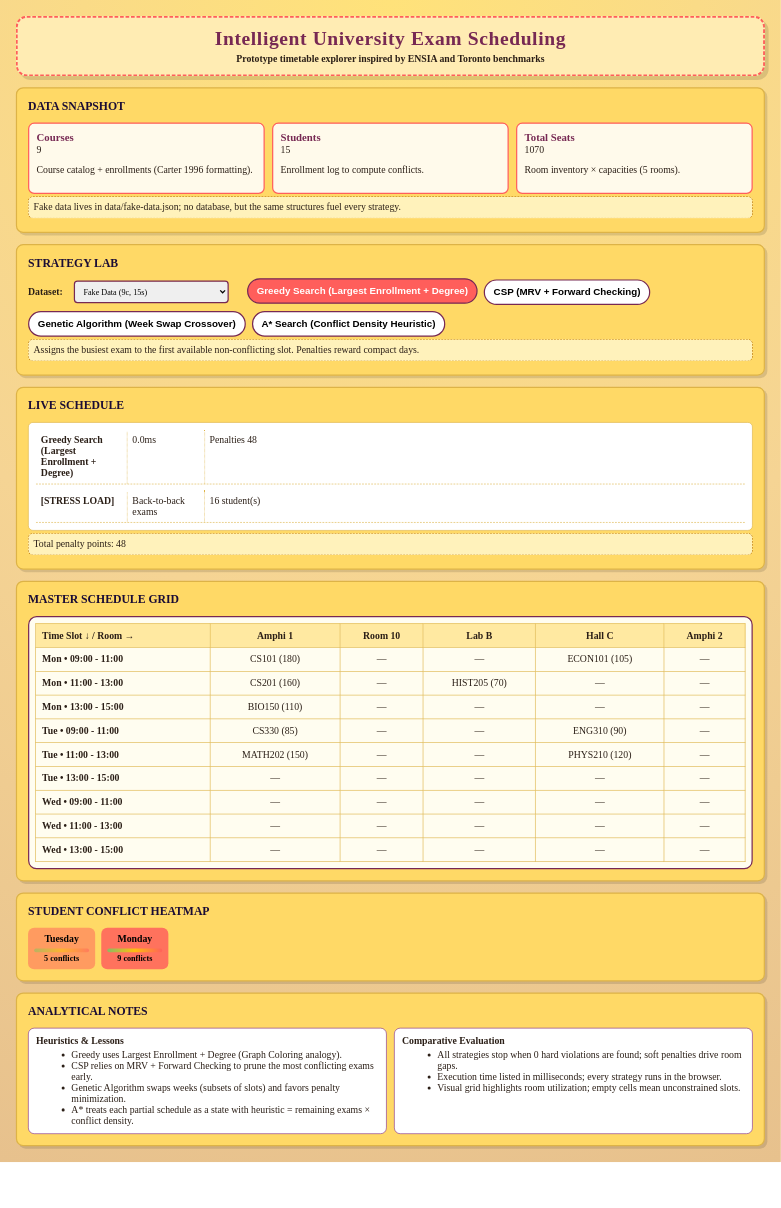
Repository: tarikko/AIExamScheduler
Page: index.html
The author's editor kept a copy of each file at every save. The page is drawn from the files as they stood at one save, then again after the next save.
The browser window is 1280 px wide. The pictures show the whole page, at 61% of full size.

Above is the page before, as saved 2026-02-23 22:44:03.

### index.html
<!DOCTYPE html>
<html lang="en">
<head>
  <meta charset="UTF-8" />
  <meta name="viewport" content="width=device-width, initial-scale=1" />
  <title>Intelligent University Exam Scheduling System</title>
  <link rel="stylesheet" href="css/styles.css" />
</head>
<body>
  <div class="page">
    <header>
      <h1>Intelligent University Exam Scheduling</h1>
      <p>Prototype timetable explorer inspired by ENSIA and Toronto benchmarks</p>
    </header>

    <section>
      <h2>Data Snapshot</h2>
      <div class="data-grid" id="data-overview"></div>
      <div class="legend">Fake data lives in data/fake-data.json; no database, but the same structures fuel every strategy.</div>
    </section>

    <section>
      <h2>Strategy Lab</h2>
      <div class="controls" id="strategy-controls"></div>
      <div id="algo-note" class="legend"></div>
    </section>

    <section id="schedule-wrapper">
      <h2>Live Schedule</h2>
      <div id="schedule-results"></div>
      <div class="legend" id="score-note"></div>
    </section>

    <section>
      <h2>Master Schedule Grid</h2>
      <div class="table-wrapper">
        <table id="master-grid"></table>
      </div>
    </section>

    <section>
      <h2>Student Conflict Heatmap</h2>
      <div id="heatmap" class="heatmap"></div>
    </section>

    <section>
      <h2>Analytical Notes</h2>
      <div class="notes">
        <div class="note-card">
          <strong>Heuristics & Lessons</strong>
          <ul>
            <li>Greedy uses Largest Enrollment + Degree (Graph Coloring analogy).</li>
            <li>CSP relies on MRV + Forward Checking to prune the most conflicting exams early.</li>
            <li>Genetic Algorithm swaps weeks (subsets of slots) and favors penalty minimization.</li>
            <li>A* treats each partial schedule as a state with heuristic = remaining exams × conflict density.</li>
          </ul>
        </div>
        <div class="note-card">
          <strong>Comparative Evaluation</strong>
          <ul>
            <li>All strategies stop when 0 hard violations are found; soft penalties drive room gaps.</li>
            <li>Execution time listed in milliseconds; every strategy runs in the browser.</li>
            <li>Visual grid highlights room utilization; empty cells mean unconstrained slots.</li>
          </ul>
        </div>
      </div>
    </section>
  </div>

  <script type="module" src="js/app.js"></script>
</body>
</html>

### css/styles.css
:root {
  color-scheme: light;
  --bg: #f5f1d2;
  --panel: #ffecb3;
  --panel-strong: #ffd966;
  --accent: #ff5e5b;
  --deep: #772953;
  --grid-line: #ddb347;
  font-family: 'Comic Sans MS', 'Comic Sans', cursive;
}

* {
  box-sizing: border-box;
}

body {
  margin: 0;
  background: radial-gradient(circle at top, #ffe27a, #f5d494 50%, #e7c18d 100%);
  color: #2b1f17;
}

.page {
  min-height: 100vh;
  padding: 26px;
  display: flex;
  flex-direction: column;
  gap: 18px;
}

header {
  background: var(--panel);
  border: 3px dashed var(--accent);
  padding: 16px;
  border-radius: 18px;
  box-shadow: 6px 6px 0 rgba(0, 0, 0, 0.12);
  text-align: center;
}

header h1 {
  margin: 0;
  font-size: 2rem;
  letter-spacing: 1px;
  color: var(--deep);
}

header p {
  margin: 6px 0 0;
  font-weight: bold;
}

section {
  background: var(--panel-strong);
  padding: 18px;
  border-radius: 12px;
  border: 2px solid var(--grid-line);
  box-shadow: 4px 4px 0 rgba(0, 0, 0, 0.12);
}

h2,
h3 {
  margin-top: 0;
  color: #1a0c35;
  text-transform: uppercase;
  font-size: 1.2rem;
}

.data-grid {
  display: grid;
  grid-template-columns: repeat(auto-fit, minmax(210px, 1fr));
  gap: 12px;
}

.data-card {
  border: 2px solid var(--accent);
  padding: 12px;
  border-radius: 10px;
  background: #ffffffdd;
}

.data-card strong {
  display: block;
  font-size: 1.1rem;
  color: var(--deep);
}

.controls {
  display: flex;
  flex-wrap: wrap;
  gap: 10px;
  align-items: center;
}

.algo-btn {
  border: 2px solid var(--deep);
  background: #fff;
  font-size: 1rem;
  padding: 10px 14px;
  border-radius: 999px;
  cursor: pointer;
  transition: transform 0.15s ease, background 0.15s ease;
  font-weight: bold;
}

.algo-btn.active,
.algo-btn:hover {
  background: var(--accent);
  color: #fff;
  transform: translateY(-2px);
}

#schedule-results {
  display: flex;
  flex-direction: column;
  gap: 10px;
  width: 100%;
  background: #ffffff;
  padding: 12px;
  border-radius: 8px;
  border: 1px solid var(--grid-line);
}

.legend {
  margin: 4px 0;
  padding: 8px;
  background: #fff2bb;
  border-radius: 8px;
  border: 1px dashed #b36b00;
}

.grid-header,
.grid-row {
  display: grid;
  grid-template-columns: 150px repeat(auto-fill, minmax(120px, 1fr));
  border-bottom: 2px solid var(--grid-line);
}

.grid-row {
  border-bottom: 1px dashed var(--grid-line);
}

.grid-cell {
  padding: 8px;
  border-right: 1px dotted var(--grid-line);
}

.grid-cell:last-child {
  border-right: none;
}

.slot-label {
  font-weight: bold;
}

.heatmap {
  display: flex;
  gap: 10px;
  flex-wrap: wrap;
}

.heat-cell {
  width: 110px;
  padding: 10px;
  border-radius: 10px;
  text-align: center;
  font-weight: bold;
  color: #000;
}

.heat-bar {
  width: 100%;
  height: 6px;
  border-radius: 3px;
  margin-top: 6px;
  background: linear-gradient(90deg, #75c964, #ffcc00, #ff5e5b);
}

.notes {
  display: flex;
  gap: 12px;
  flex-wrap: wrap;
}

.note-card {
  flex: 1;
  min-width: 280px;
  background: #fff;
  padding: 12px;
  border-radius: 10px;
  border: 1px solid #802e91;
}

.table-wrapper {
  overflow-x: auto;
  border: 2px solid var(--deep);
  border-radius: 14px;
  padding: 10px;
  background: #fffdf0;
  box-shadow: inset 0 0 0 1px rgba(255, 255, 255, 0.6);
}

#master-grid {
  width: 100%;
  border-collapse: collapse;
  font-family: inherit;
}

#master-grid th,
#master-grid td {
  border: 1px solid var(--grid-line);
  padding: 10px;
  text-align: center;
}

#master-grid th {
  background: #ffe9a1;
  font-weight: bold;
}

#master-grid th:first-child,
#master-grid td:first-child {
  text-align: left;
  font-weight: bold;
}

ul {
  margin: 4px 0 0 18px;
}

@media (max-width: 720px) {
  .grid-header,
  .grid-row {
    grid-template-columns: 120px repeat(auto-fill, minmax(100px, 1fr));
  }

  body {
    padding: 12px;
  }
}

### js/app.js
import { timeSlots } from "./time-slots.js";
import { assessPenalties } from "./utils.js";
import {
	renderDataOverview,
	renderSchedule,
	buildMasterGrid,
	buildHeatmap,
} from "./ui.js";
import { greedySchedule } from "./algorithms/greedy.js";
import { cspSchedule } from "./algorithms/csp.js";
import { gaSchedule } from "./algorithms/ga.js";
import { aStarSchedule } from "./algorithms/astar.js";
import { benchmarks, loadBenchmark } from "./benchmarks.js";

const algorithms = {
	greedy: {
		label: "Greedy Search (Largest Enrollment + Degree)",
		fn: greedySchedule,
		note: "Assigns the busiest exam to the first available non-conflicting slot. Penalties reward compact days.",
	},
	csp: {
		label: "CSP (MRV + Forward Checking)",
		fn: cspSchedule,
		note: "Backtracking with Minimum Remaining Values and forward checking to prune conflicts early.",
	},
	ga: {
		label: "Genetic Algorithm (Week Swap Crossover)",
		fn: gaSchedule,
		note: "Evolves schedule strings with heavy fitness penalty for hard violations, light for soft.",
	},
	a_star: {
		label: "A* Search (Conflict Density Heuristic)",
		fn: aStarSchedule,
		note: "Explores partial states, prioritizing boards that leave fewer high-conflict exams unscheduled.",
	},
};

let dataset;
let bestCompare = {};

function updateComparison(key, meta) {
	if (!bestCompare[key] || bestCompare[key].penalty > meta.penalty) {
		bestCompare[key] = meta;
	}
}

async function init() {
	dataset = await fetch("data/fake-data.json").then((res) => res.json());
	renderDataOverview(dataset);

	const controlBar = document.getElementById("strategy-controls");

	// Add benchmark picker
	const benchmarkLabel = document.createElement("label");
	benchmarkLabel.textContent = " Dataset: ";
	benchmarkLabel.style.marginRight = "8px";
	benchmarkLabel.style.fontWeight = "bold";
	controlBar.appendChild(benchmarkLabel);

	const benchmarkSelect = document.createElement("select");
	benchmarkSelect.style.padding = "8px 10px";
	benchmarkSelect.style.borderRadius = "6px";
	benchmarkSelect.style.border = "2px solid var(--deep)";
	benchmarkSelect.style.cursor = "pointer";
	benchmarkSelect.style.marginRight = "20px";
	benchmarkSelect.style.fontFamily = "inherit";

	const defaultOption = document.createElement("option");
	defaultOption.value = "fake";
	defaultOption.textContent = "Fake Data (9c, 15s)";
	defaultOption.selected = true;
	benchmarkSelect.appendChild(defaultOption);

	benchmarks.forEach((b) => {
		const option = document.createElement("option");
		option.value = b.key;
		option.textContent = b.name;
		benchmarkSelect.appendChild(option);
	});

	benchmarkSelect.addEventListener("change", async (e) => {
		if (e.target.value === "fake") {
			dataset = await fetch("data/fake-data.json").then((res) => res.json());
		} else {
			const loaded = await loadBenchmark(e.target.value);
			if (loaded) dataset = loaded;
		}
		renderDataOverview(dataset);
		runStrategy("greedy");
	});

	controlBar.appendChild(benchmarkSelect);

	// Add algorithm buttons
	Object.entries(algorithms).forEach(([key, config], index) => {
		const button = document.createElement("button");
		button.className = "algo-btn";
		button.textContent = config.label;
		button.addEventListener("click", () => runStrategy(key));
		if (index === 0) button.classList.add("active");
		controlBar.appendChild(button);
	});

	runStrategy("greedy");
}

function runStrategy(key) {
	if (!dataset) return;
	Array.from(document.querySelectorAll(".algo-btn")).forEach((btn) =>
		btn.classList.remove("active")
	);
	const button = Array.from(document.querySelectorAll(".algo-btn")).find(
		(btn) => btn.textContent === algorithms[key].label
	);
	button?.classList.add("active");

	const start = performance.now();
	const result = algorithms[key].fn(dataset);
	const end = performance.now();
	const { penalty, softViolations } = assessPenalties(
		result,
		dataset.students
	);

	document.getElementById("algo-note").textContent = algorithms[key].note;

	renderSchedule(result, {
		label: algorithms[key].label,
		time: end - start,
		penalty,
		softViolations,
		students: dataset.students,
	});

	buildMasterGrid(result, dataset.rooms, timeSlots);
	buildHeatmap(result, dataset.students);
	updateComparison(key, {
		label: algorithms[key].label,
		penalty,
		time: end - start,
	});
}

init();

### js/time-slots.js
export const timeSlots = [
	{ id: "Mon-09-11", day: "Monday", label: "Mon • 09:00 - 11:00", index: 0 },
	{ id: "Mon-11-13", day: "Monday", label: "Mon • 11:00 - 13:00", index: 1 },
	{ id: "Mon-13-15", day: "Monday", label: "Mon • 13:00 - 15:00", index: 2 },
	{ id: "Tue-09-11", day: "Tuesday", label: "Tue • 09:00 - 11:00", index: 3 },
	{ id: "Tue-11-13", day: "Tuesday", label: "Tue • 11:00 - 13:00", index: 4 },
	{ id: "Tue-13-15", day: "Tuesday", label: "Tue • 13:00 - 15:00", index: 5 },
	{
		id: "Wed-09-11",
		day: "Wednesday",
		label: "Wed • 09:00 - 11:00",
		index: 6,
	},
	{
		id: "Wed-11-13",
		day: "Wednesday",
		label: "Wed • 11:00 - 13:00",
		index: 7,
	},
	{
		id: "Wed-13-15",
		day: "Wednesday",
		label: "Wed • 13:00 - 15:00",
		index: 8,
	},
];

### js/ui.js
export function renderDataOverview(data) {
	const container = document.getElementById("data-overview");
	container.innerHTML = "";

	const enrollTotal = data.courses.reduce(
		(sum, course) => sum + course.enrollment,
		0
	);
	const roomTotal = data.rooms.length;

	const cards = [
		{
			title: "Courses",
			value: data.courses.length,
			detail: "Course catalog + enrollments (Carter 1996 formatting).",
		},
		{
			title: "Students",
			value: data.students.length,
			detail: "Enrollment log to compute conflicts.",
		},
		{
			title: "Total Seats",
			value: enrollTotal,
			detail: `Room inventory × capacities (${roomTotal} rooms).`,
		},
	];

	cards.forEach((card) => {
		const el = document.createElement("div");
		el.className = "data-card";
		el.innerHTML = `<strong>${card.title}</strong><span>${card.value}</span><p>${card.detail}</p>`;
		container.appendChild(el);
	});
}

export function renderSchedule(assignments, meta) {
	const results = document.getElementById("schedule-results");
	results.innerHTML = "";

	const header = document.createElement("div");
	header.className = "grid-row";
	header.innerHTML = `<div class="grid-cell slot-label">${meta.label}</div>`;
	header.innerHTML += `<div class="grid-cell">${meta.time.toFixed(1)}ms</div>`;
	header.innerHTML += `<div class="grid-cell">Penalties ${meta.penalty}</div>`;
	results.appendChild(header);

	// Room conflicts
	const roomConflicts = {};
	assignments.forEach((a1) => {
		assignments.forEach((a2) => {
			if (a1 !== a2 && a1.room.name === a2.room.name && a1.slot.id === a2.slot.id) {
				const key = `${a1.slot.label} @ ${a1.room.name}`;
				if (!roomConflicts[key]) roomConflicts[key] = [];
				roomConflicts[key].push(a1.course.code);
			}
		});
	});

	Object.entries(roomConflicts).forEach(([key, codes]) => {
		const row = document.createElement("div");
		row.className = "grid-row";
		row.innerHTML = `
			<div class="grid-cell slot-label">[ROOM CONFLICT]</div>
			<div class="grid-cell">${key}</div>
			<div class="grid-cell">${[...new Set(codes)].join(", ")}</div>
		`;
		results.appendChild(row);
	});

	// Student conflicts
	const studentConflicts = {};
	assignments.forEach((a1) => {
		assignments.forEach((a2) => {
			if (a1 !== a2 && a1.slot.id === a2.slot.id) {
				const sharedStudents = [];
				if (meta.students) {
					meta.students.forEach((s) => {
						if (s.courses.includes(a1.course.code) && s.courses.includes(a2.course.code)) {
							sharedStudents.push(s.id);
						}
					});
					if (sharedStudents.length > 0) {
						const key = `${a1.slot.label}: ${a1.course.code} vs ${a2.course.code}`;
						if (!studentConflicts[key]) studentConflicts[key] = sharedStudents.length;
					}
				}
			}
		});
	});

	Object.entries(studentConflicts).forEach(([key, count]) => {
		const row = document.createElement("div");
		row.className = "grid-row";
		row.innerHTML = `
			<div class="grid-cell slot-label">[STUDENT CONFLICT]</div>
			<div class="grid-cell">${key}</div>
			<div class="grid-cell">${count} student(s)</div>
		`;
		results.appendChild(row);
	});

	// Soft violations
	if (meta.softViolations && meta.softViolations > 0) {
		const row = document.createElement("div");
		row.className = "grid-row";
		row.innerHTML = `
			<div class="grid-cell slot-label">[STRESS LOAD]</div>
			<div class="grid-cell">Back-to-back exams</div>
			<div class="grid-cell">${meta.softViolations} student(s)</div>
		`;
		results.appendChild(row);
	}

	if (Object.keys(roomConflicts).length === 0 && Object.keys(studentConflicts).length === 0 && (!meta.softViolations || meta.softViolations === 0)) {
		const row = document.createElement("div");
		row.className = "grid-row";
		row.innerHTML = `
			<div class="grid-cell slot-label">[OK]</div>
			<div class="grid-cell">No violations</div>
			<div class="grid-cell">Clean schedule</div>
		`;
		results.appendChild(row);
	}

	document.getElementById("score-note").textContent =
		"Total penalty points: " + meta.penalty;
}

export function buildMasterGrid(assignments, rooms, timeSlots) {
	const table = document.getElementById("master-grid");
	table.innerHTML = "";

	const thead = table.createTHead();
	const headRow = thead.insertRow();
	const anchor = document.createElement("th");
	anchor.textContent = "Time Slot ↓ / Room →";
	headRow.appendChild(anchor);
	rooms.forEach((room) => {
		const th = document.createElement("th");
		th.textContent = room.name;
		headRow.appendChild(th);
	});

	const tbody = table.createTBody();
	timeSlots.forEach((slot) => {
		const row = tbody.insertRow();
		const slotCell = row.insertCell();
		slotCell.textContent = slot.label;
		slotCell.className = "slot-label";

		rooms.forEach((room) => {
			const cell = row.insertCell();
			const match = assignments.find(
				(assignment) =>
					assignment.slot.id === slot.id &&
					assignment.room.name === room.name
			);
			cell.textContent = match
				? `${match.course.code} (${match.course.enrollment})`
				: "—";
		});
	});
}

export function buildHeatmap(assignments, students) {
	const container = document.getElementById("heatmap");
	container.innerHTML = "";
	const dayStress = {};

	students.forEach((student) => {
		const assignedSlots = assignments
			.filter((assignment) =>
				student.courses.includes(assignment.course.code)
			)
			.map((assignment) => assignment.slot)
			.sort((a, b) => a.index - b.index);
		assignedSlots.forEach((slot, index) => {
			const next = assignedSlots[index + 1];
			if (
				next &&
				next.day === slot.day &&
				next.index === slot.index + 1
			) {
				dayStress[slot.day] = (dayStress[slot.day] || 0) + 1;
			}
		});
	});

	Object.entries(dayStress).forEach(([day, count]) => {
		const cell = document.createElement("div");
		const intensity = Math.min(100, count * 12);
		cell.className = "heat-cell";
		cell.style.background = `rgba(255, 94, 91, ${Math.min(
			0.9,
			intensity / 120
		)})`;
		cell.innerHTML = `${day}<div class="heat-bar" style="opacity:${Math.min(
			1,
			intensity / 120
		)}"></div><small>${count} conflicts</small>`;
		container.appendChild(cell);
	});

	if (!Object.keys(dayStress).length) {
		container.innerHTML = "<p>No consecutive exam conflicts detected.</p>";
	}
}

### js/algorithms/greedy.js
import { timeSlots } from "../time-slots.js";
import { buildConflicts, isSlotAvailable } from "../utils.js";

export function greedySchedule(data) {
	const conflicts = buildConflicts(data);
	const sortedCourses = [...data.courses].sort((a, b) => {
		const delta = conflicts[b.code].size - conflicts[a.code].size;
		return delta !== 0 ? delta : b.enrollment - a.enrollment;
	});

	const assigned = [];
	sortedCourses.forEach((course) => {
		for (const slot of timeSlots) {
			for (const room of data.rooms) {
				if (room.capacity < course.enrollment) continue;
				if (isSlotAvailable(course.code, slot, room, assigned, data)) {
					assigned.push({ course, slot, room });
					return;
				}
			}
		}
	});
	return assigned;
}

Loaded but not shown: data/fake-data.json (37 lines, source omitted); js/algorithms/ga.js (76 lines, source omitted); js/benchmarks.js (63 lines, source omitted); js/algorithms/csp.js (63 lines, source omitted); js/algorithms/astar.js (72 lines, source omitted); js/utils.js (67 lines, source omitted)

After the next save:
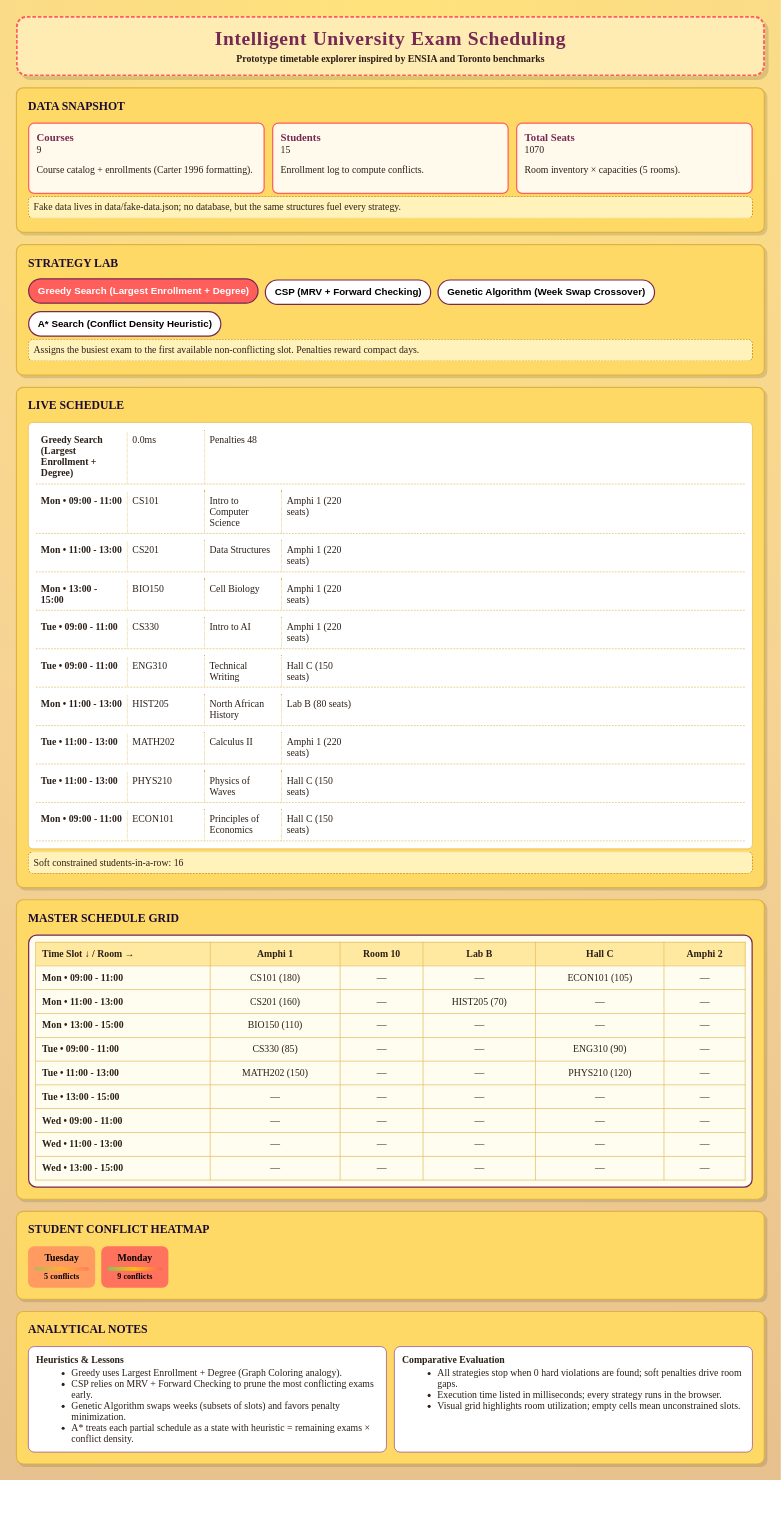
Saved 3 min 52 s later.
--- a/js/app.js
+++ b/js/app.js
@@ -10,7 +10,6 @@ import { greedySchedule } from "./algorithms/greedy.js";
 import { cspSchedule } from "./algorithms/csp.js";
 import { gaSchedule } from "./algorithms/ga.js";
 import { aStarSchedule } from "./algorithms/astar.js";
-import { benchmarks, loadBenchmark } from "./benchmarks.js";
 
 const algorithms = {
 	greedy: {
@@ -49,49 +48,6 @@ async function init() {
 	renderDataOverview(dataset);
 
 	const controlBar = document.getElementById("strategy-controls");
-
-	// Add benchmark picker
-	const benchmarkLabel = document.createElement("label");
-	benchmarkLabel.textContent = " Dataset: ";
-	benchmarkLabel.style.marginRight = "8px";
-	benchmarkLabel.style.fontWeight = "bold";
-	controlBar.appendChild(benchmarkLabel);
-
-	const benchmarkSelect = document.createElement("select");
-	benchmarkSelect.style.padding = "8px 10px";
-	benchmarkSelect.style.borderRadius = "6px";
-	benchmarkSelect.style.border = "2px solid var(--deep)";
-	benchmarkSelect.style.cursor = "pointer";
-	benchmarkSelect.style.marginRight = "20px";
-	benchmarkSelect.style.fontFamily = "inherit";
-
-	const defaultOption = document.createElement("option");
-	defaultOption.value = "fake";
-	defaultOption.textContent = "Fake Data (9c, 15s)";
-	defaultOption.selected = true;
-	benchmarkSelect.appendChild(defaultOption);
-
-	benchmarks.forEach((b) => {
-		const option = document.createElement("option");
-		option.value = b.key;
-		option.textContent = b.name;
-		benchmarkSelect.appendChild(option);
-	});
-
-	benchmarkSelect.addEventListener("change", async (e) => {
-		if (e.target.value === "fake") {
-			dataset = await fetch("data/fake-data.json").then((res) => res.json());
-		} else {
-			const loaded = await loadBenchmark(e.target.value);
-			if (loaded) dataset = loaded;
-		}
-		renderDataOverview(dataset);
-		runStrategy("greedy");
-	});
-
-	controlBar.appendChild(benchmarkSelect);
-
-	// Add algorithm buttons
 	Object.entries(algorithms).forEach(([key, config], index) => {
 		const button = document.createElement("button");
 		button.className = "algo-btn";
@@ -129,7 +85,6 @@ function runStrategy(key) {
 		time: end - start,
 		penalty,
 		softViolations,
-		students: dataset.students,
 	});
 
 	buildMasterGrid(result, dataset.rooms, timeSlots);
--- a/js/ui.js
+++ b/js/ui.js
@@ -41,90 +41,26 @@ export function renderSchedule(assignments, meta) {
 	const header = document.createElement("div");
 	header.className = "grid-row";
 	header.innerHTML = `<div class="grid-cell slot-label">${meta.label}</div>`;
-	header.innerHTML += `<div class="grid-cell">${meta.time.toFixed(1)}ms</div>`;
+	header.innerHTML += `<div class="grid-cell">${meta.time.toFixed(
+		1
+	)}ms</div>`;
 	header.innerHTML += `<div class="grid-cell">Penalties ${meta.penalty}</div>`;
 	results.appendChild(header);
 
-	// Room conflicts
-	const roomConflicts = {};
-	assignments.forEach((a1) => {
-		assignments.forEach((a2) => {
-			if (a1 !== a2 && a1.room.name === a2.room.name && a1.slot.id === a2.slot.id) {
-				const key = `${a1.slot.label} @ ${a1.room.name}`;
-				if (!roomConflicts[key]) roomConflicts[key] = [];
-				roomConflicts[key].push(a1.course.code);
-			}
-		});
-	});
-
-	Object.entries(roomConflicts).forEach(([key, codes]) => {
+	assignments.forEach((slot) => {
 		const row = document.createElement("div");
 		row.className = "grid-row";
 		row.innerHTML = `
-			<div class="grid-cell slot-label">[ROOM CONFLICT]</div>
-			<div class="grid-cell">${key}</div>
-			<div class="grid-cell">${[...new Set(codes)].join(", ")}</div>
-		`;
+      <div class="grid-cell slot-label">${slot.slot.label}</div>
+      <div class="grid-cell">${slot.course.code}</div>
+      <div class="grid-cell">${slot.course.name}</div>
+      <div class="grid-cell">${slot.room.name} (${slot.room.capacity} seats)</div>
+    `;
 		results.appendChild(row);
 	});
 
-	// Student conflicts
-	const studentConflicts = {};
-	assignments.forEach((a1) => {
-		assignments.forEach((a2) => {
-			if (a1 !== a2 && a1.slot.id === a2.slot.id) {
-				const sharedStudents = [];
-				if (meta.students) {
-					meta.students.forEach((s) => {
-						if (s.courses.includes(a1.course.code) && s.courses.includes(a2.course.code)) {
-							sharedStudents.push(s.id);
-						}
-					});
-					if (sharedStudents.length > 0) {
-						const key = `${a1.slot.label}: ${a1.course.code} vs ${a2.course.code}`;
-						if (!studentConflicts[key]) studentConflicts[key] = sharedStudents.length;
-					}
-				}
-			}
-		});
-	});
-
-	Object.entries(studentConflicts).forEach(([key, count]) => {
-		const row = document.createElement("div");
-		row.className = "grid-row";
-		row.innerHTML = `
-			<div class="grid-cell slot-label">[STUDENT CONFLICT]</div>
-			<div class="grid-cell">${key}</div>
-			<div class="grid-cell">${count} student(s)</div>
-		`;
-		results.appendChild(row);
-	});
-
-	// Soft violations
-	if (meta.softViolations && meta.softViolations > 0) {
-		const row = document.createElement("div");
-		row.className = "grid-row";
-		row.innerHTML = `
-			<div class="grid-cell slot-label">[STRESS LOAD]</div>
-			<div class="grid-cell">Back-to-back exams</div>
-			<div class="grid-cell">${meta.softViolations} student(s)</div>
-		`;
-		results.appendChild(row);
-	}
-
-	if (Object.keys(roomConflicts).length === 0 && Object.keys(studentConflicts).length === 0 && (!meta.softViolations || meta.softViolations === 0)) {
-		const row = document.createElement("div");
-		row.className = "grid-row";
-		row.innerHTML = `
-			<div class="grid-cell slot-label">[OK]</div>
-			<div class="grid-cell">No violations</div>
-			<div class="grid-cell">Clean schedule</div>
-		`;
-		results.appendChild(row);
-	}
-
 	document.getElementById("score-note").textContent =
-		"Total penalty points: " + meta.penalty;
+		"Soft constrained students-in-a-row: " + meta.softViolations;
 }
 
 export function buildMasterGrid(assignments, rooms, timeSlots) {
